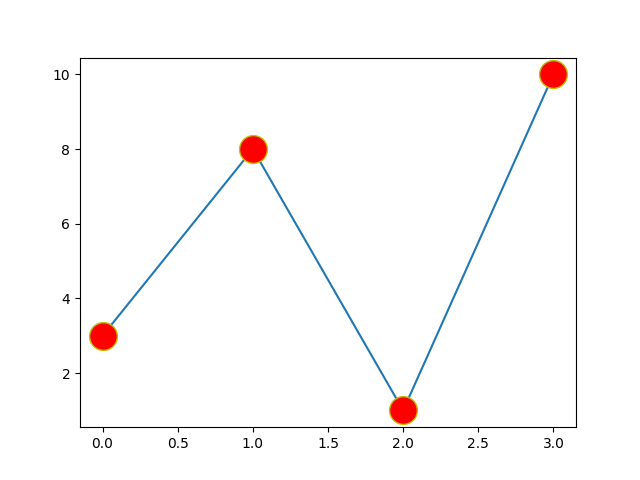
Repository: rupeshkofficial/Python-Code
Script's output: python MATPLOTLIB/3_matplotlibmarkers.py
The author's editor kept a copy of each file at every save. The script's output is drawn from the files as they stood at one save, then again after a run of saves.
Random numbers start from a fixed seed.

Above is the script's output before, as saved 2024-05-22 15:03:36.

### MATPLOTLIB/3_matplotlibmarkers.py
# Marker Size - ms
# import matplotlib.pyplot as plt
# import numpy as np
# ypoints = np.array([3,8,1,10])
# plt.plot(ypoints, marker = 'o', ms = 20)
# plt.show()


# Marker Edge Color - mec
# import matplotlib.pyplot as plt
# import numpy as np
# ypoints = np.array([3,8,1,10])
# plt.plot(ypoints, marker = 'o', ms = 20, mec = 'r')
# plt.show()



# Marker face color - mfc
# import matplotlib.pyplot as plt
# import numpy as np
# ypoints = np.array([3,8,1,10])
# plt.plot(ypoints, marker = 'o', ms = 20, mfc = 'r')
# plt.show()

# Marker color both for edge and face
import matplotlib.pyplot as plt
import numpy as np
ypoints = np.array([3,8,1,10])
plt.plot(ypoints, marker = 'o', ms = 20, mec = 'y', mfc = 'r')
plt.show()

After the next 5 saves:
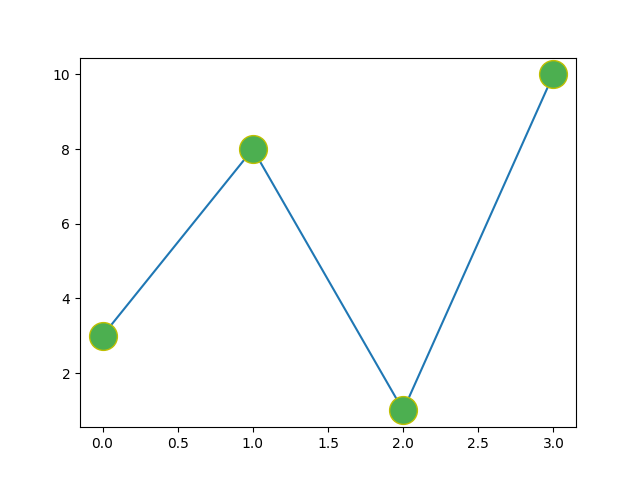
The 5 saves are shown as one change because 1 did not build or start and some came seconds apart.
The last was saved 3 min 48 s later.
--- a/MATPLOTLIB/3_matplotlibmarkers.py
+++ b/MATPLOTLIB/3_matplotlibmarkers.py
@@ -26,5 +26,5 @@
 import matplotlib.pyplot as plt
 import numpy as np
 ypoints = np.array([3,8,1,10])
-plt.plot(ypoints, marker = 'o', ms = 20, mec = 'y', mfc = 'r')
+plt.plot(ypoints, marker = 'o', ms = 20, mec = 'y', mfc = '#4CAF50')
 plt.show()
